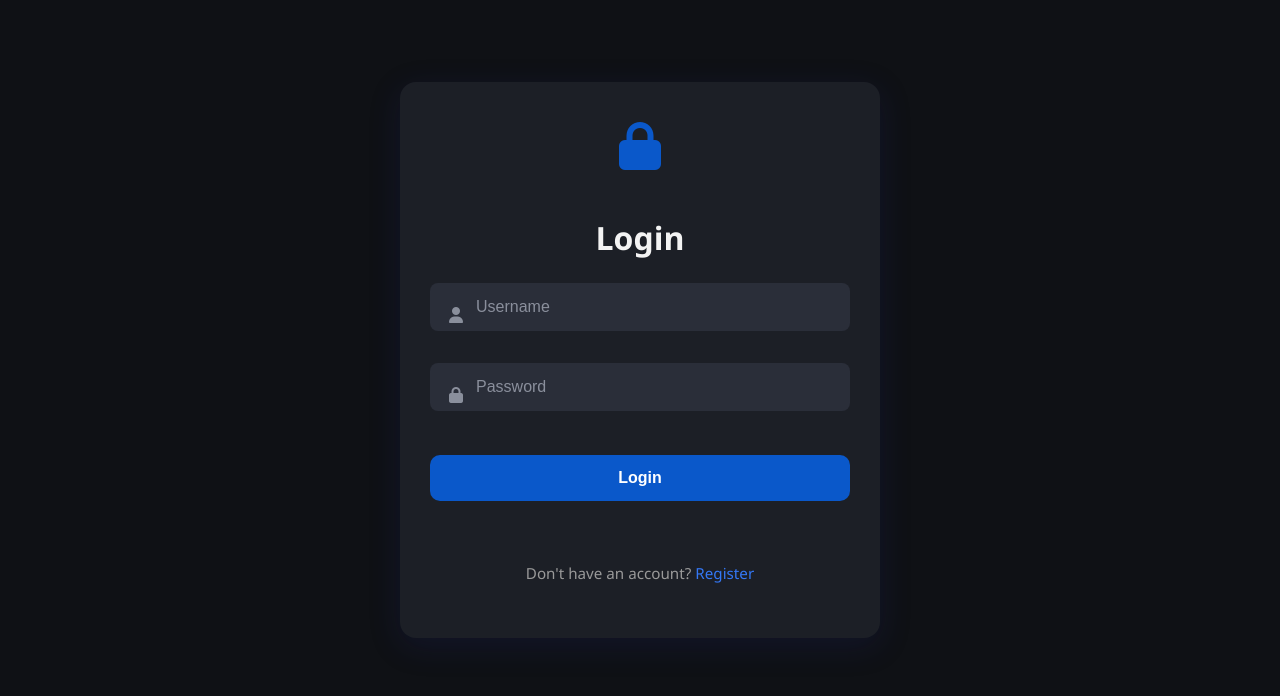
Repository: lowluds/auth-flask
Page: http://localhost/login
An editor plug-in stored every save of this project. The page is shown before and after a run of saves, followed by the edit.
The browser window is 1280 px wide. The pictures show the whole page.
The page is served by the project's application, run on Flask 3 (login.py).

Above is the page before, as saved 2025-07-10 22:25:04.

After the next 2 saves:
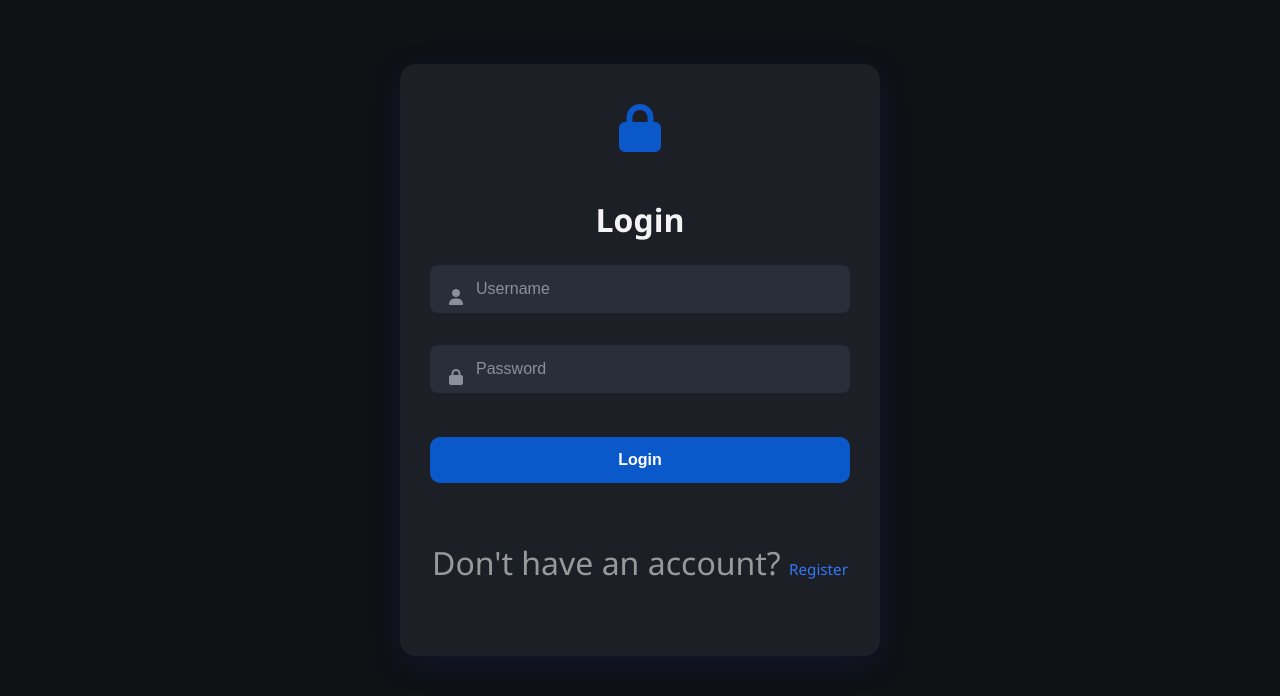
The 2 saves are shown as one change because they came seconds apart.
The last was saved 12 s later.
--- a/static/register.css
+++ b/static/register.css
@@ -156,9 +156,9 @@ a:hover {
 
 /* Paragraphs */
 p {
-    margin-top: 20px;
+    margin-top: 16px;
     color: #999;
-    font-size: 0.95rem;
+    font-size: 2rem;
 }
 
 /* Forgot Password */
